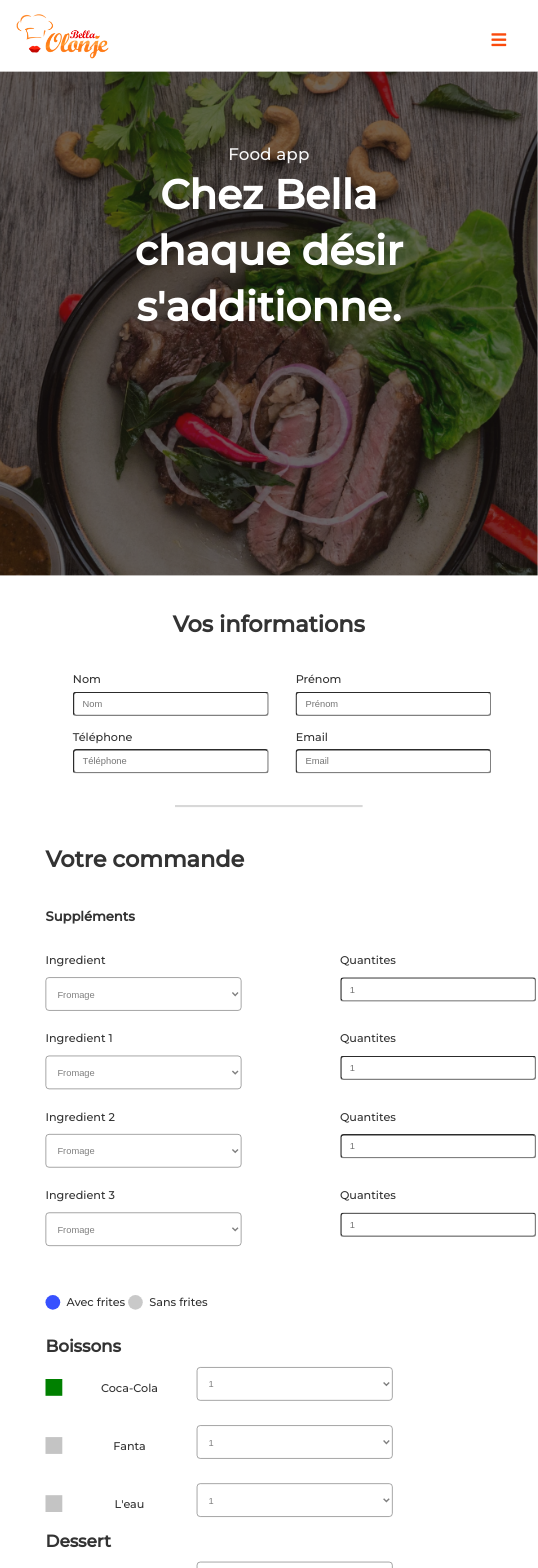
Repository: sisilass31/bella-olonje
Page: html/commande.html
These files come from the project's save history. The page is drawn as it stood at one moment and after the next save; the edit follows.
The browser window is 768 px wide. The pictures show the part of the page from y = 0 to 2240 px (the page is 3130 px tall), at 70% of full size.
Some web libraries are served in a nearby version.

Above is the page before, as saved 2023-02-15 09:01:38.

After the next save:
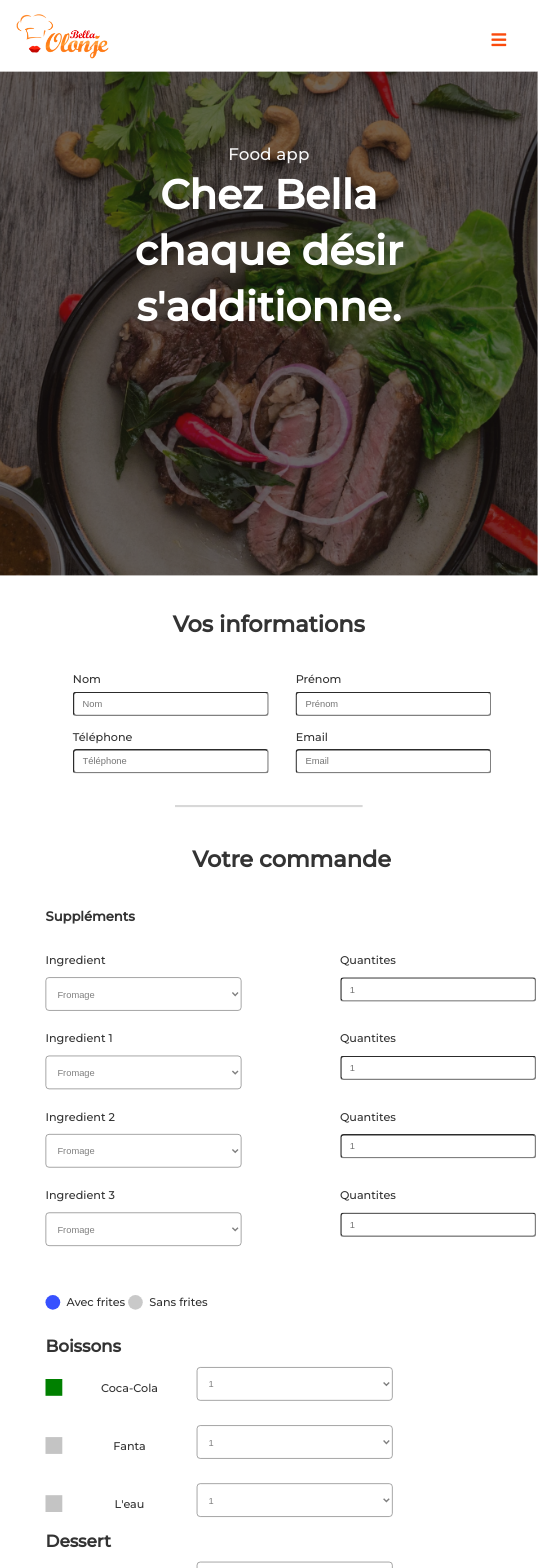
Saved 2 min 6 s later.
--- a/css/commande.css
+++ b/css/commande.css
@@ -507,7 +507,11 @@ button {
         flex: ;
         flex-direction: column;
     }
-
+    .commande h1 {
+        padding-top: 30px;
+        display: flex;
+        justify-content: center;
+        }
 }
 
 /* Ipad et Mini Ordi */
